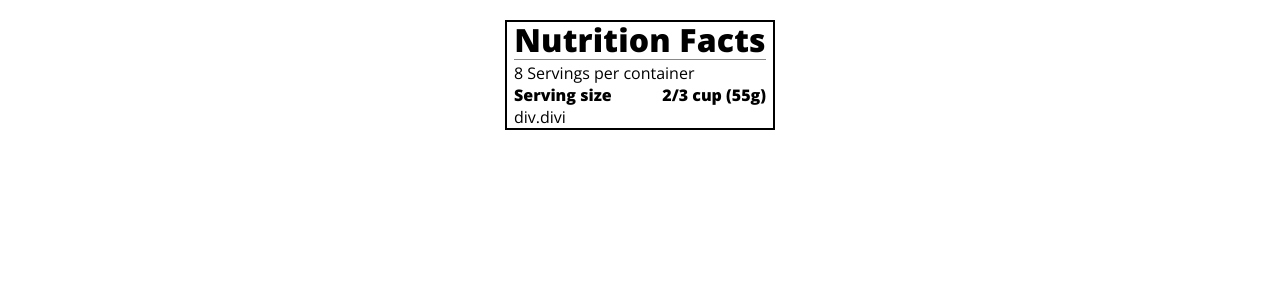
Repository: Lungdjos/typography
Page: index.html
An editor plug-in stored every save of this project. The page is shown before and after a run of saves, followed by the edit.
The browser window is 1280 px wide. The pictures show the whole page.

Above is the page before, as saved 2023-10-28 01:13:49.

### index.html
<!DOCTYPE html>
<html lang="en">

<head>
    <meta charset="UTF-8">
    <meta name="viewport" content="width=device-width, initial-scale=1.0">
    <title>Nutrition Label</title>
    <link rel="stylesheet" href="styles.css">
    <link rel="stylesheet" href="https://fonts.googleapis.com/css?family=Open+Sans:400,700,800">
</head>

<body>
    <div class="label">
        <header>
            <h1 class="bold">Nutrition Facts</h1>
            <div class="divider"></div>
            <p>8 Servings per container</p>
            <p class="bold">Serving size <span>2/3 cup (55g)</span></p>
        </header>
        div.divi
    </div>

</body>

</html>

### styles.css
body {
    font-family: "Open Sans", sans-serif;
}

html {
    font-size: 16px;
}

.label {
    border: 2px solid black;
    width: 270px;
    margin: 20px auto;
    padding: 0 7px;
}

* {
    box-sizing: border-box;
}

header h1 {
    text-align: center;
    margin: -4px 0;
    letter-spacing: .15PX;
}

p {
    margin: 0;
    display: flex;
    justify-content: space-between;
}

.divider {
    border-bottom: 1px solid #888989;
    margin: 2px 0;
}

.bold {
    font-weight: 800;
}

After the next 2 saves:
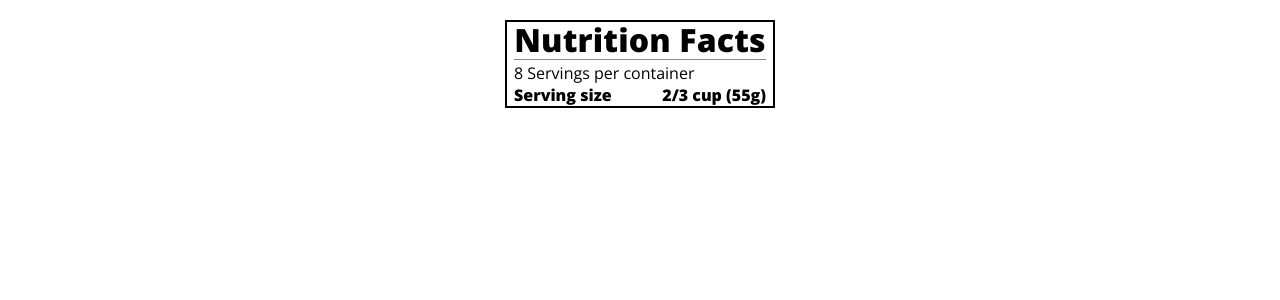
The 2 saves are shown as one change because they came seconds apart.
The last was saved 7 s later.
--- a/index.html
+++ b/index.html
@@ -17,7 +17,7 @@
             <p>8 Servings per container</p>
             <p class="bold">Serving size <span>2/3 cup (55g)</span></p>
         </header>
-        div.divi
+        <div class="divider-large"></div>
     </div>
 
 </body>
